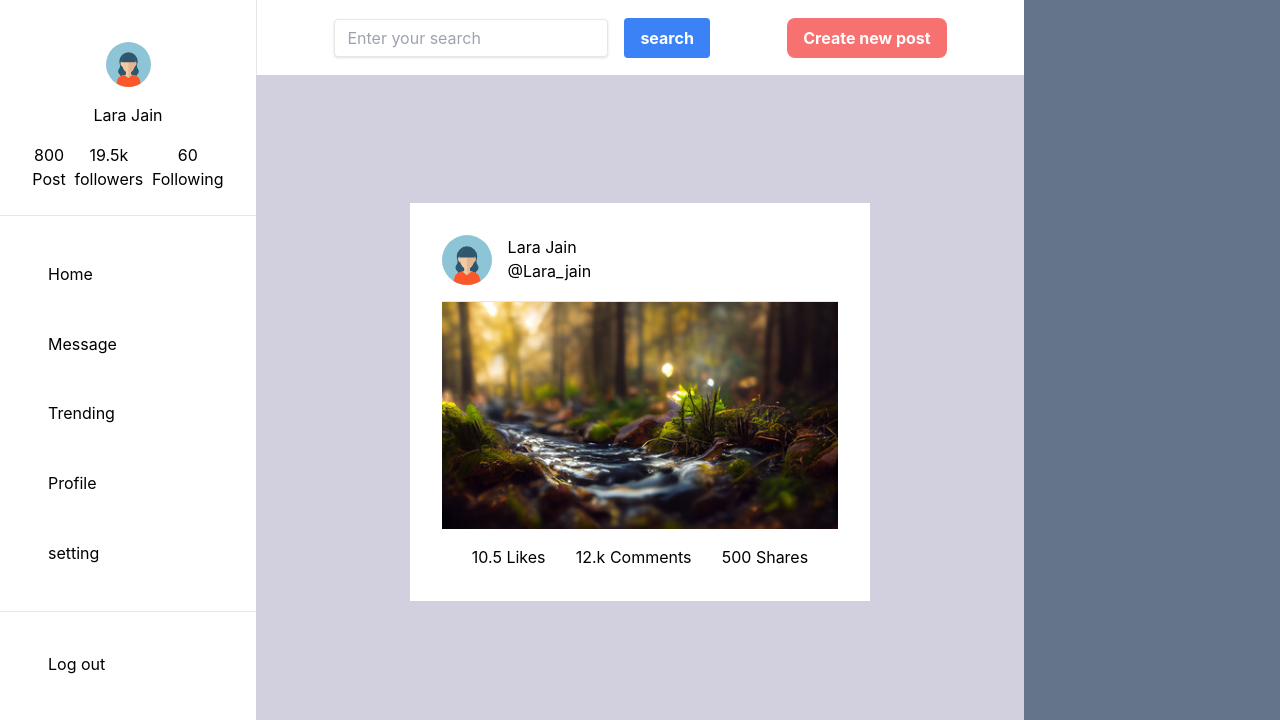
Repository: cosmicswati/upgrad-captions-project
Page: /
These files come from the project's save history. The page is drawn as it stood at one moment and after the next save; the edit follows.
The browser window is 1280 px wide. The pictures show the whole page.
The project was rebuilt for these pictures with package versions that can differ from the ones it lists, and the page was loaded fresh each time. Also part of the build but not shown: src/modules/Authorization/Form.jsx, src/modules/Authorization/index.js.

Above is the page before, as saved 2024-04-09 15:48:25.

### src/index.css
@tailwind base;
@tailwind components;
@tailwind utilities;

body {
  margin: 0;
  font-family: -apple-system, BlinkMacSystemFont, 'Segoe UI', 'Roboto', 'Oxygen',
    'Ubuntu', 'Cantarell', 'Fira Sans', 'Droid Sans', 'Helvetica Neue',
    sans-serif;
  -webkit-font-smoothing: antialiased;
  -moz-osx-font-smoothing: grayscale;
}

code {
  font-family: source-code-pro, Menlo, Monaco, Consolas, 'Courier New',
    monospace;
}

.scrollbar-hide::-webkit-scrollbar{
  display: none;
}

### src/App.js
import Auth from "./modules/Authorization";
import Home from "./modules/Home";


function App() {
  return (
    <div>
      {/* <Auth />  */}
      <Home />
    </div>
  );
}

export default App;

### src/modules/Home/index.js
import React from 'react'
import { ReactComponent as Avatar} from '../../assets/Avatar.svg'
import Input from '../../components/Input';
import Button from '../../components/Button';
import postImg from '../../assets/postImg.jpg'

const Home = () => {
  return (
    <div className='h-screen bg-[#d2cfdf]  flex overflow-hidden'>
        <div className='w-[20%] bg-white flex flex-col'>
            <div className='h-[30%] flex justify-center items-center border-b'>
                <div className='flex flex-col justify-center items-center'>
                    <Avatar width={'45px'} height={'45px'}/>
                    <p className='my-4'>Lara Jain</p>
                    <div className='h-[30px] flex justify-around w-[200px] text-center'>
                        <div className='flex flex-col justify-around items-center'>
                            <h4>800</h4>
                            <p>Post</p>
                        </div>
                        <div>
                            <h4>19.5k</h4>
                            <p>followers</p>
                        </div>
                        <div>
                            <h4>60</h4>
                            <p>Following</p>
                        </div>
                    </div>
                </div>
            </div>
            <div className='h-[55%] flex flex-col justify-evenly pl-12 border-b'>
                    <div>Home</div>
                    <div>Message</div>
                    <div>Trending</div>
                    <div>Profile</div>
                    <div>setting</div>
            </div>
            <div className='h-[15%] pt-10'>
                <div className='ml-12 cursor-pointer'>Log out</div>
            </div>
        </div>
        <div className='w-[60%] overflow-scroll h-full scrollbar-hide'>
            <div className='bg-white h-[75px] border-l flex justify-evenly items-center pt-4'>
                 <div className='flex justify-center items-center'>
                    <Input placeholder='Enter your search '/>
                    <Button label='search'  className='mb-4 ml-4'/>
                 </div>
                 <Button label='Create new post'  className='rounded-lg bg-red-400 hover:bg-red-500 mb-4'/>
            </div>
            <div className='bg-white w-[60%]  mx-auto mt-32 p-8'>
                <div className='border-b flex item-center pb-4'>
                    <Avatar width={'50px'} height={'50px'} />
                   <div className='ml-4'>
                   <h3>Lara Jain</h3>
                    <p>@Lara_jain</p>
                   </div>
                </div>
                <div>
                    <img src={postImg} width={'500px'}/>
                </div>
                <div className='flex justify-evenly mt-4'>
                    <div>10.5 Likes</div>
                    <div>12.k Comments</div>
                    <div>500 Shares</div>
                </div>
            </div>
        </div>
        <div className='w-[20%] bg-slate-500'></div>
    </div>
  )
}

export default Home

### src/components/Input/index.js
import React from 'react'

const Input = ({
    name = '',
    label ='',
    type ='',
    placeholder =''
}) => {
  return (
    <div class="mb-4">
        {
          label &&
          <label class="block text-gray-700 text-sm font-bold mb-2" for={name}>
             {label}
          </label>
        }

        <input class="shadow apperance-none border rounded w-full py-2 px-3
         text-gray-700 leading-tight focus:outline-none focus:shadow-outline"
         id={name} type={type} placeholder={placeholder} />

    </div>
  )

}

export default Input

### src/components/Button/index.js
import React from 'react'

const Button = ({
    label ='',
    className =''
}) => {
  return (
    <button className={`bg-blue-500 hover:bg-blue-700 text-white font-bold py-2 px-4 rounded ${className}`}>
      {label}
  </button>
  )
}

export default Button

### tailwind.config.js
/** @type {import('tailwindcss').Config} */
module.exports = {
 mode:'jit',
 purge: [
  './public/**/*.html',
  './src/**/*.{js,jsx,ts,tsx,vue}',
 ],
  content: [
    "./src/**/*.{js,jsx,ts,tsx}",
  ],
  theme: {
    extend: {},
  },
  plugins: [],
}

Loaded but not shown: public/index.html (common file); src/index.js (common file); src/reportWebVitals.js (common file)

After the next save:
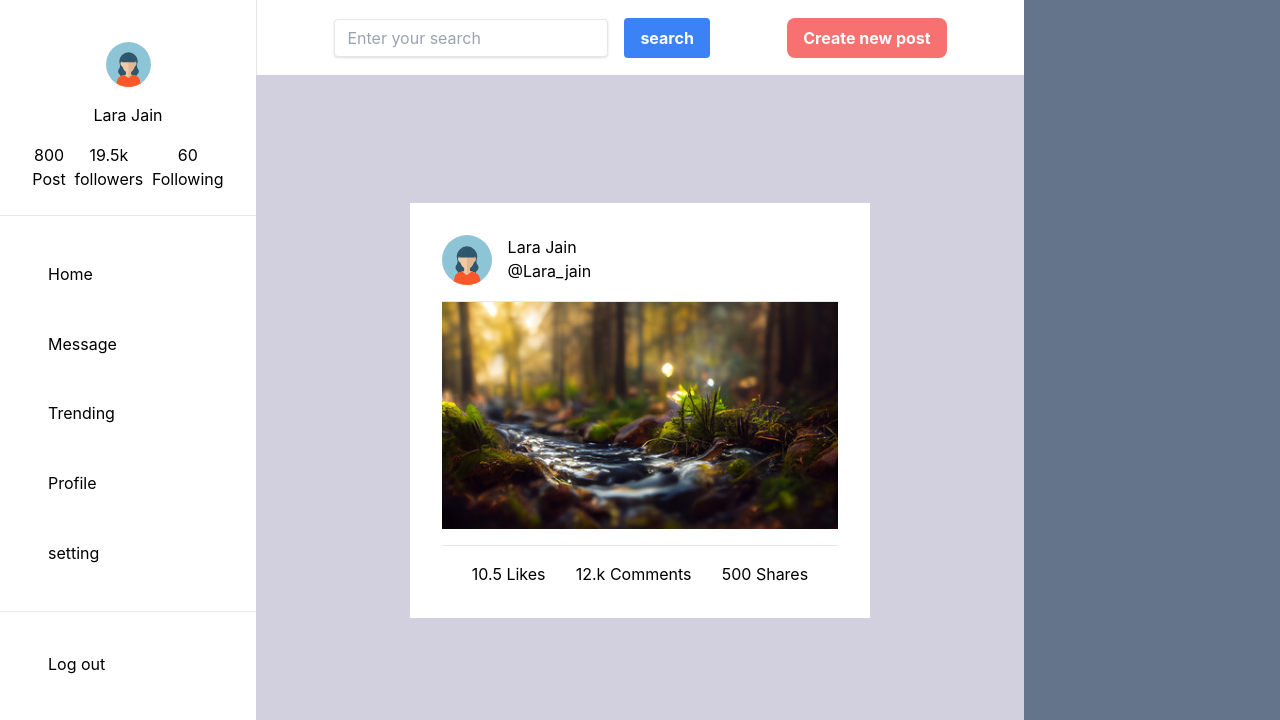
Saved 65 s later.
--- a/src/modules/Home/index.js
+++ b/src/modules/Home/index.js
@@ -55,7 +55,7 @@ const Home = () => {
                     <p>@Lara_jain</p>
                    </div>
                 </div>
-                <div>
+                <div className='border-b pb-4 mb-4'>
                     <img src={postImg} width={'500px'}/>
                 </div>
                 <div className='flex justify-evenly mt-4'>
